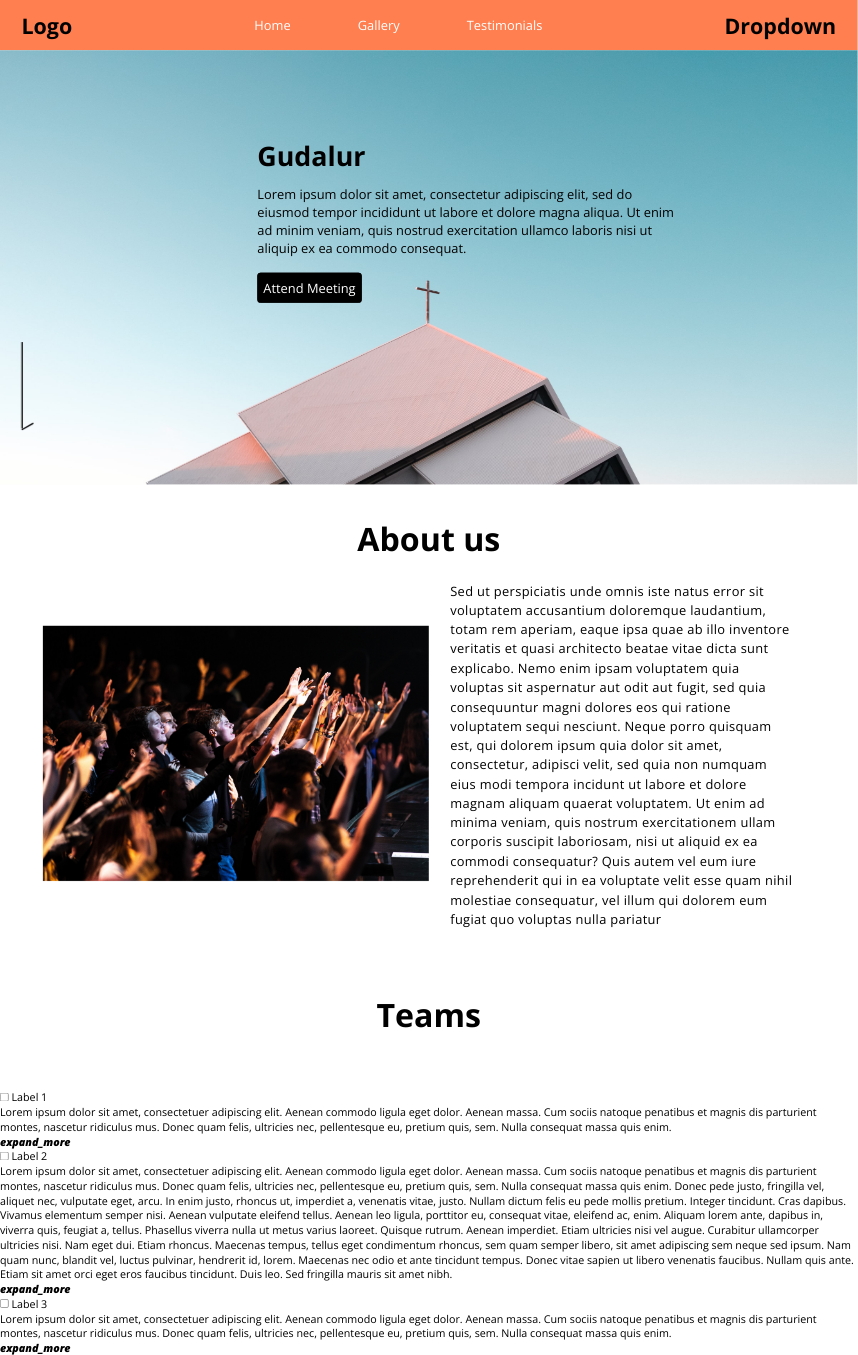
Repository: Imprasna/church
Page: index.html
An editor plug-in stored every save of this project. The page is shown before and after a run of saves, followed by the edit.
The browser window is 1280 px wide. The pictures show the whole page, at 67% of full size.

Above is the page before, as saved 2022-01-18 23:50:25.

After the next 2 saves:
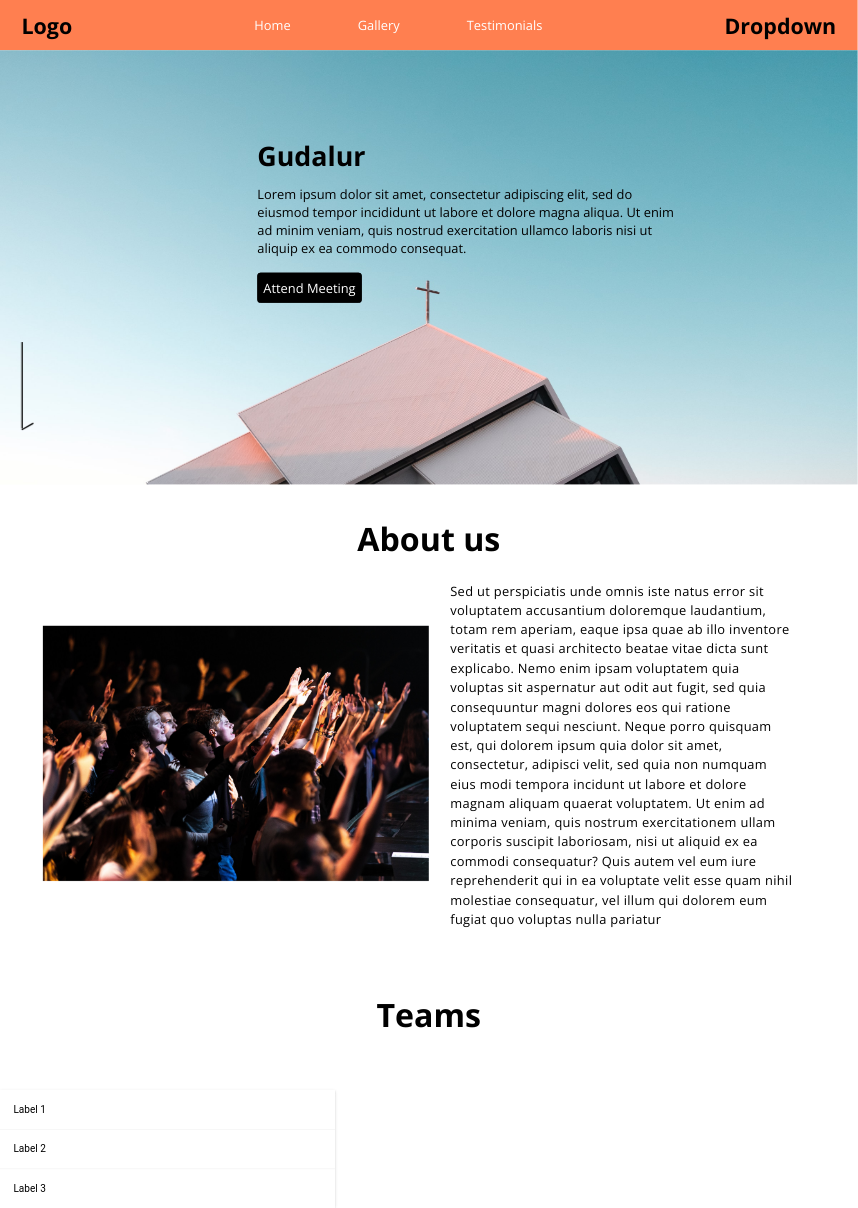
The 2 saves are shown as one change because they came seconds apart.
The last was saved 28 s later.
--- a/style.css
+++ b/style.css
@@ -170,3 +170,71 @@ nav > a {
     text-align: center;
     margin-bottom: 2rem;
 }
+
+
+.sb-accordion {
+    width: 500px;
+    box-shadow: 0 3px 1px -2px rgba(0, 0, 0, .2), 0 2px 2px 0 rgba(0, 0, 0, .14), 0 1px 5px 0 rgba(0, 0, 0, .12);
+    font-size: 0;
+  }
+
+  .sb-accordion__container {
+    border-bottom: 1px solid #f2f2f2;
+    position: relative;
+
+    &:last-child {
+        border: 0;
+    }
+  }
+
+  .sb-accordion__icon {
+    position: absolute;
+    right: 20px;
+    top: 20px;
+    transition: .5s all;
+  }
+
+  .sb-accordion__title {
+    width: 100%;
+    box-sizing: border-box;
+    padding: 20px;
+    display: inline-block;
+    transition: .5s all ;
+    font-family: 'Roboto', sans-serif;
+    font-size: 15px;
+  }
+
+  .sb-accordion__content {
+    padding: 0 20px;
+    box-sizing: border-box;
+    width: 100%;
+    transition: .5s all ;
+    opacity: 0;
+    max-height: 0;
+    overflow: hidden;
+    font-family: 'Roboto', sans-serif;
+    font-size: 15px;
+  }
+
+
+
+  .sb-accordion__input {
+    display: none;
+
+    &:checked {
+      + .sb-accordion__title {
+        background: #f2f2f2;
+
+        + .sb-accordion__content {
+          max-height: 200px;
+          padding: 20px;
+          opacity: 1;
+          overflow: auto;
+
+          + .sb-accordion__icon {
+            transform: rotate(180deg)
+          }
+        }
+      }
+    }
+  }
